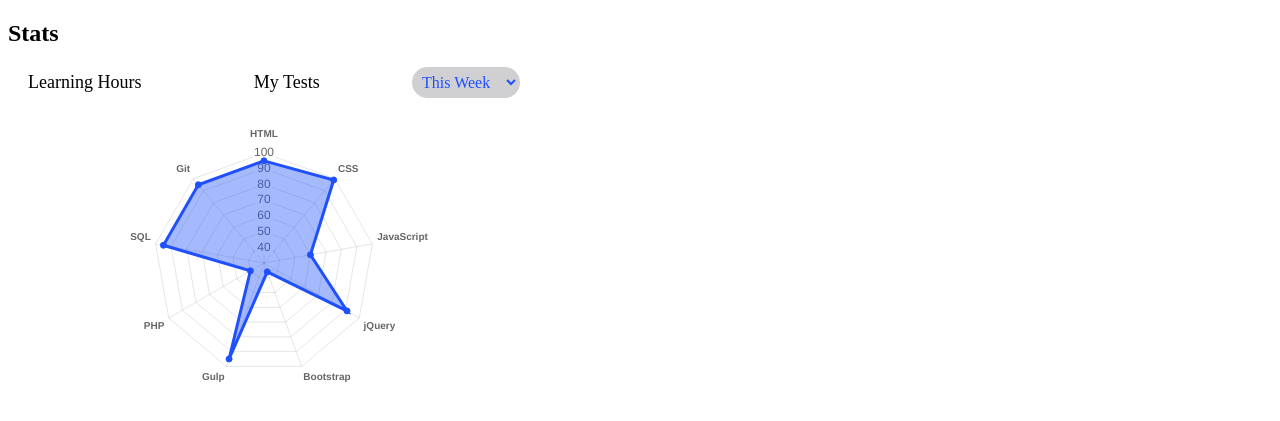
Repository: rafalzacher1/smartify-interface
Page: graphs/learning_graph.html
An editor plug-in stored every save of this project. The page is shown before and after a run of saves, followed by the edit.
The browser window is 1280 px wide. The pictures show the whole page.
After loading, the first visible `#tests-option` was clicked once.
Some web fonts or font styles are not loaded; a fallback is used. Some web libraries are served in a nearby version.

Above is the page before, as saved 2022-06-30 01:29:48.

After the next 3 saves:
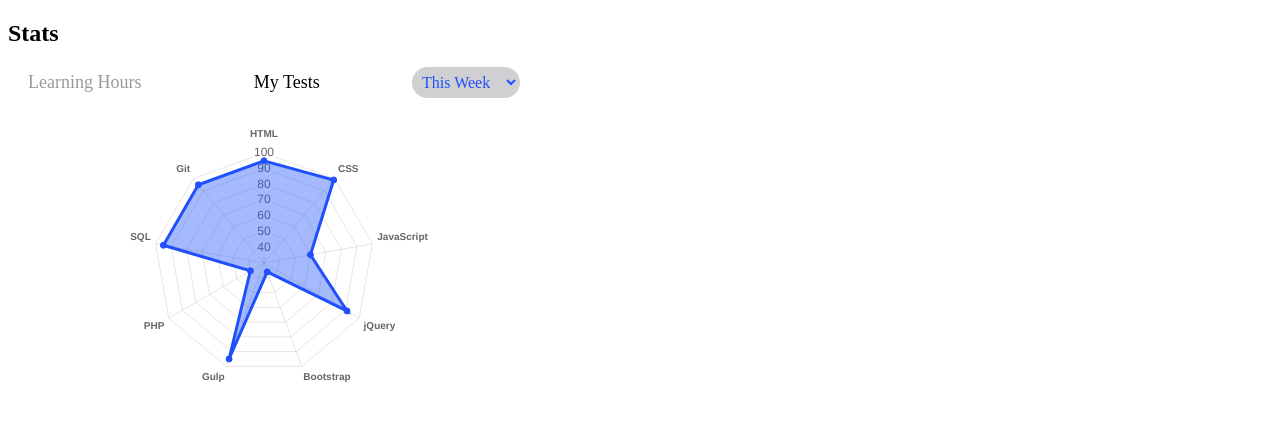
The 3 saves are shown as one change because they came seconds apart.
The last was saved 18 s later.
--- a/graphs/learning_graph.html
+++ b/graphs/learning_graph.html
@@ -40,6 +40,7 @@
 
     function showTestsGraph() {
         document.getElementById("tests-option").style.opacity=1;
+        document.getElementById("learning-hours-option").style.opacity=0.4;
         document.getElementById("learning-hours").style.display="none";
         document.getElementById("tests").style.display="block";
     }
